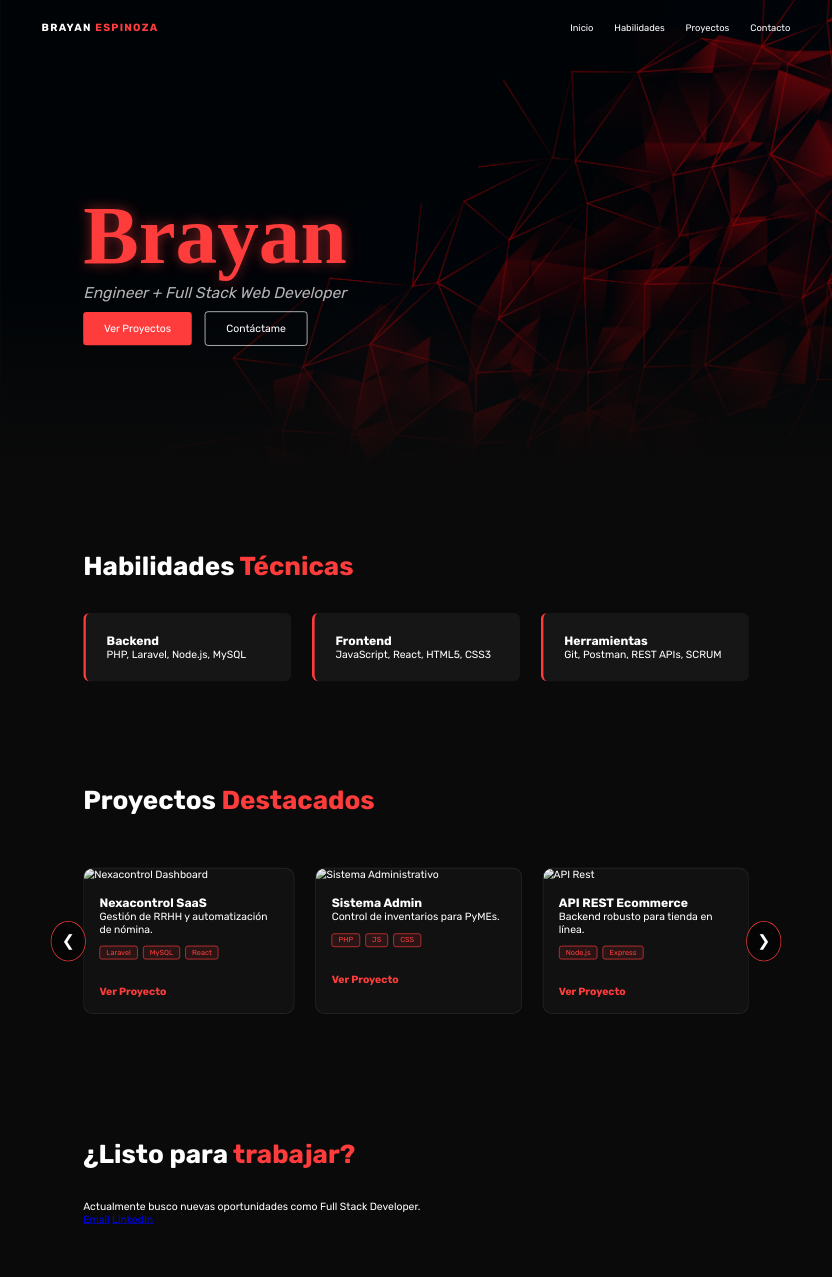
Repository: hercules830/Mi-portfolio-profesional
Page: index.html
An editor plug-in stored every save of this project. The page is shown before and after the next save, followed by the edit.
The browser window is 1280 px wide. The pictures show the whole page, at 65% of full size.
Some web fonts or font styles are not loaded; a fallback is used.

Above is the page before, as saved 2026-05-29 23:52:33.
Not found: assets/nexa1.jpg
Not found: assets/project2.jpg
Not found: assets/project3.jpg

After the next save:
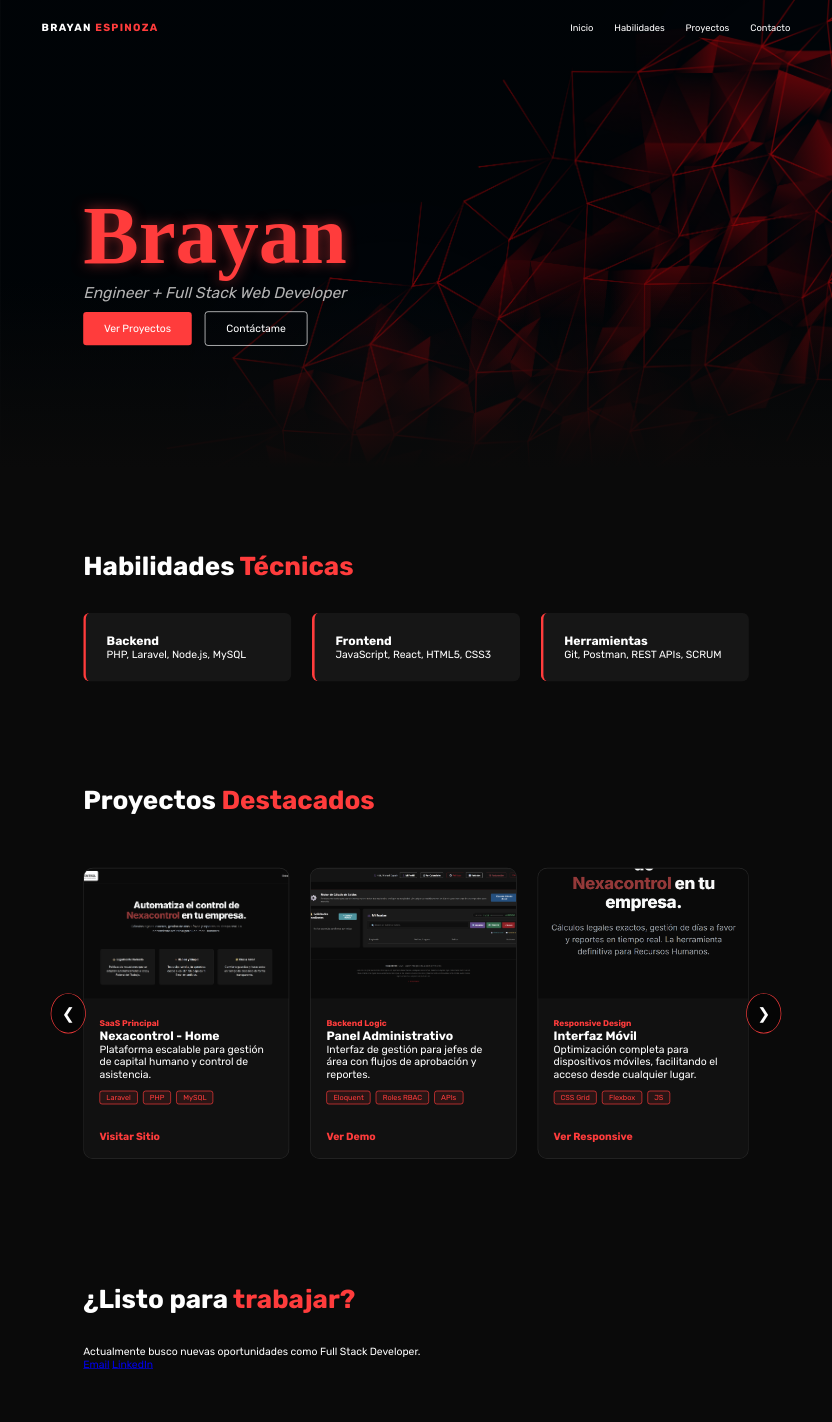
Saved 31 min 34 s later.
--- a/index.html
+++ b/index.html
@@ -62,42 +62,78 @@
 
         <div class="carousel-track-container">
           <ul class="carousel-track" id="track">
-            <!-- Proyecto 1: Nexacontrol -->
+            <!-- Tarjeta 1: Vista Principal Desktop -->
             <li class="project-card">
-              <img src="assets/nexa1.jpg" alt="Nexacontrol Dashboard" />
+              <img
+                src="assets/img/projects/indexNexa.png"
+                alt="Nexacontrol Landing"
+              />
               <div class="project-info">
-                <h3>Nexacontrol SaaS</h3>
-                <p>Gestión de RRHH y automatización de nómina.</p>
+                <span class="project-tag">SaaS Principal</span>
+                <h3>Nexacontrol - Home</h3>
+                <p>
+                  Plataforma escalable para gestión de capital humano y control
+                  de asistencia.
+                </p>
                 <div class="tech-tags">
-                  <span>Laravel</span><span>MySQL</span><span>React</span>
+                  <span>Laravel</span><span>PHP</span><span>MySQL</span>
                 </div>
-                <a href="#" class="link-btn">Ver Proyecto</a>
+                <a
+                  href="https://nexacontrolapp.com"
+                  target="_blank"
+                  class="link-btn"
+                  >Visitar Sitio</a
+                >
               </div>
             </li>
 
-            <!-- Proyecto 2: Freelance / Otro -->
+            <!-- Tarjeta 2: Vista del Panel Administrativo -->
             <li class="project-card">
-              <img src="assets/project2.jpg" alt="Sistema Administrativo" />
+              <img
+                src="assets/img/projects/panelJefeAreaNexa.png"
+                alt="Nexacontrol Dashboard"
+              />
               <div class="project-info">
-                <h3>Sistema Admin</h3>
-                <p>Control de inventarios para PyMEs.</p>
+                <span class="project-tag">Backend Logic</span>
+                <h3>Panel Administrativo</h3>
+                <p>
+                  Interfaz de gestión para jefes de área con flujos de
+                  aprobación y reportes.
+                </p>
                 <div class="tech-tags">
-                  <span>PHP</span><span>JS</span><span>CSS</span>
+                  <span>Eloquent</span><span>Roles RBAC</span><span>APIs</span>
                 </div>
-                <a href="#" class="link-btn">Ver Proyecto</a>
+                <a
+                  href="https://nexacontrolapp.com"
+                  target="_blank"
+                  class="link-btn"
+                  >Ver Demo</a
+                >
               </div>
             </li>
 
-            <!-- Proyecto 3: Ejemplo -->
+            <!-- Tarjeta 3: Vista Responsiva / Móvil -->
             <li class="project-card">
-              <img src="assets/project3.jpg" alt="API Rest" />
+              <img
+                src="assets/img/projects/indexNexaPhone.png"
+                alt="Nexacontrol Mobile"
+              />
               <div class="project-info">
-                <h3>API REST Ecommerce</h3>
-                <p>Backend robusto para tienda en línea.</p>
+                <span class="project-tag">Responsive Design</span>
+                <h3>Interfaz Móvil</h3>
+                <p>
+                  Optimización completa para dispositivos móviles, facilitando
+                  el acceso desde cualquier lugar.
+                </p>
                 <div class="tech-tags">
-                  <span>Node.js</span><span>Express</span>
+                  <span>CSS Grid</span><span>Flexbox</span><span>JS</span>
                 </div>
-                <a href="#" class="link-btn">Ver Proyecto</a>
+                <a
+                  href="https://nexacontrolapp.com"
+                  target="_blank"
+                  class="link-btn"
+                  >Ver Responsive</a
+                >
               </div>
             </li>
           </ul>
